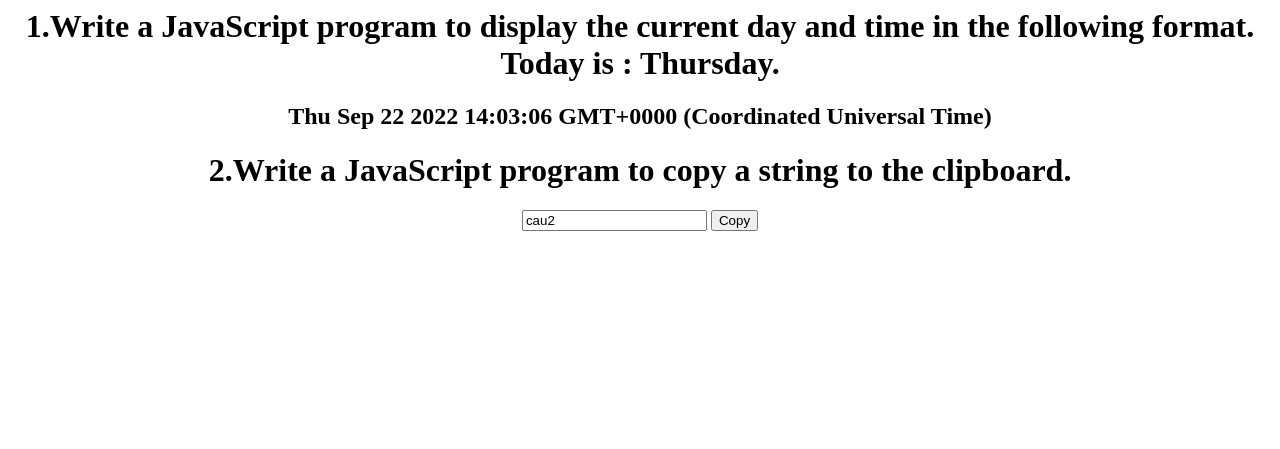
Repository: HoangDuy315/web-dev2022
Page: hw151022/ex1/ex1.html
The author's editor kept a copy of each file at every save. The page is drawn from the files as they stood at one save, then again after the next save.
The browser window is 1280 px wide. The pictures show the whole page.

Above is the page before, as saved 2022-10-15 12:22:50.

### hw151022/ex1/ex1.html
<!--JavaScript to display current Date and Time.-->

<html>
  <head>
    <title>JavaScript to display current Date and Time.</title>
  </head>

  <script type="text/javascript">
    function getCurrentDate() {
      var curDate = new Date();

      document.getElementById("showDate").innerHTML = curDate.toString();
    }
  </script>

  <body onLoad="getCurrentDate()" style="text-align: center">
    <h1>
      1.Write a JavaScript program to display the current day and time in the
      following format. Today is : Thursday.
    </h1>

    <!--Here date and time will display-->

    <h2 id="showDate"></h2>
    <script src="./ex1.js"></script>
  </body>

  <!-- 2 -->
  <body style="text-align: center">
    <h1 style="font-weight: bolder margin-top: 100">
      2.Write a JavaScript program to copy a string to the clipboard.
    </h1>
    <input type="text" value="cau2" id="testcau2" />
    <button onclick="cau2()">Copy</button>
    <script src="./ex1.js"></script>
  </body>
</html>

### hw151022/ex1/ex1.js
// 2

function cau2() {
  var cp2 = document.getElementById("testcau2");
  cp2.select();
  document.execCommand("copy");
  alert("Copied the text: " + cp2.value);
}

After the next save:
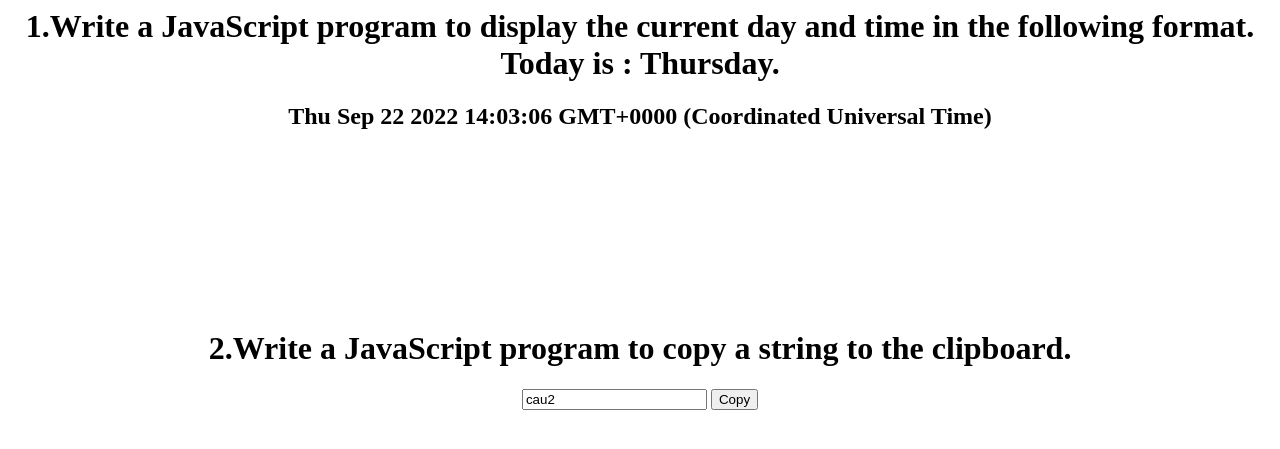
Saved 26 s later.
--- a/hw151022/ex1/ex1.html
+++ b/hw151022/ex1/ex1.html
@@ -27,7 +27,7 @@
 
   <!-- 2 -->
   <body style="text-align: center">
-    <h1 style="font-weight: bolder margin-top: 100">
+    <h1 style="margin-top: 200px">
       2.Write a JavaScript program to copy a string to the clipboard.
     </h1>
     <input type="text" value="cau2" id="testcau2" />
